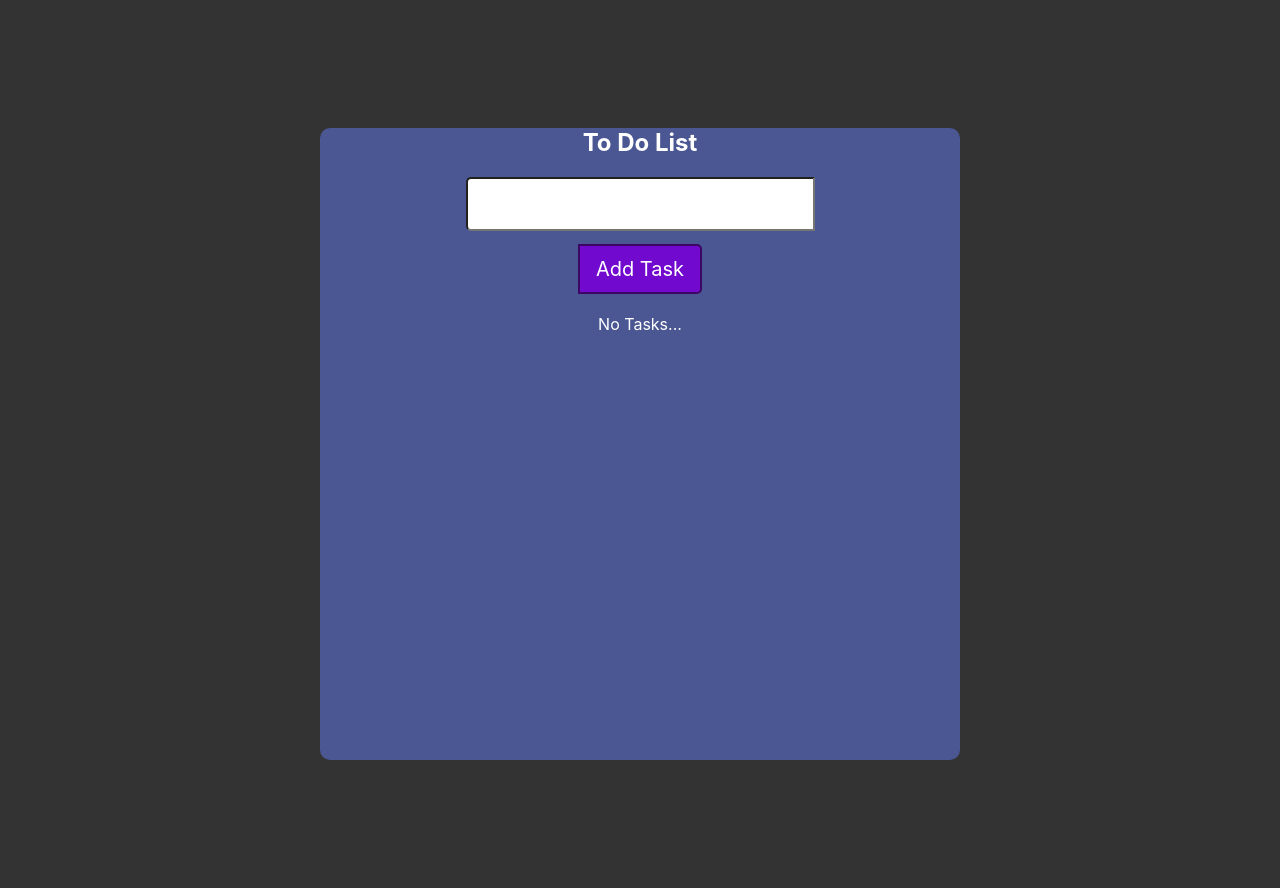
Repository: kirangautam45/ToDoList
Page: /
The author's editor kept a copy of each file at every save. The page is drawn from the files as they stood at one save, then again after a run of saves.
The browser window is 1280 px wide. The pictures show the whole page.
The project was rebuilt for these pictures with package versions that can differ from the ones it lists, and the page was loaded fresh each time. Also part of the build but not shown: src/components/Update.js.

Above is the page before, as saved 2022-08-07 20:49:23.

After the next 2 saves:
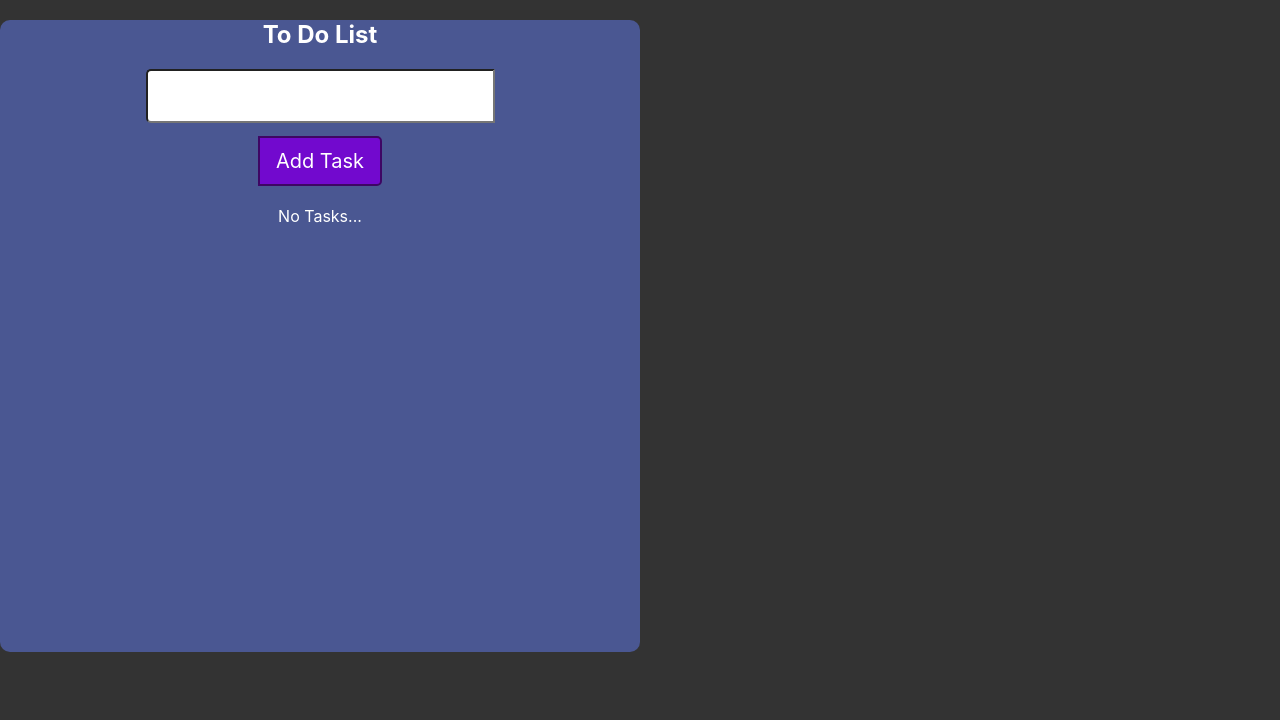
The 2 saves are shown as one change because they came seconds apart.
The last was saved 17 s later.
--- a/src/App.css
+++ b/src/App.css
@@ -11,7 +11,6 @@ body {
   min-height: 600px;
   background: #4a5792;
   text-align: center;
-  margin: 128px auto;
   border-radius: 10px;
   padding-bottom: 32px;
 }
